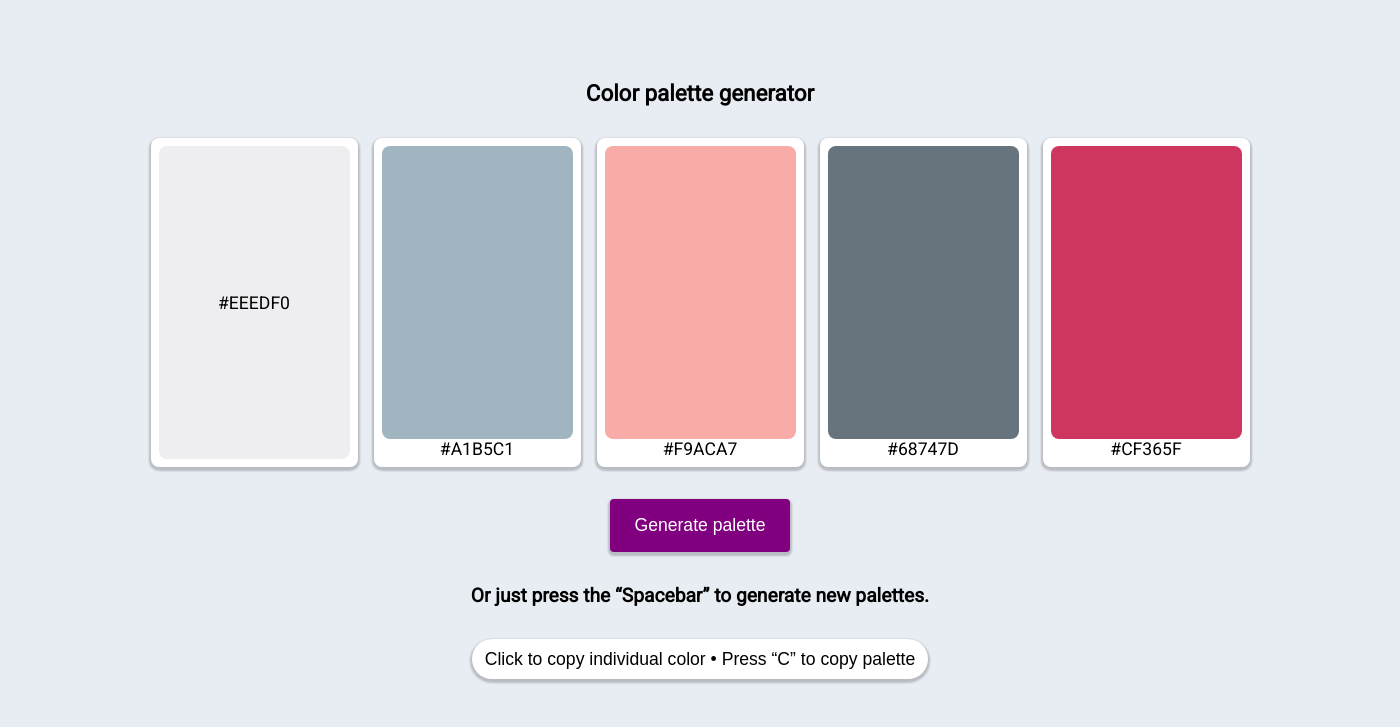
Repository: Hcmwebs/Color-Palette-Generator
Page: index.html
These files come from the project's save history. The page is drawn as it stood at one moment and after the next save; the edit follows.
The browser window is 1280 px wide. The page is 1400 px wide, so the pictures cover 1400 px, including what lies to the right of the window. The pictures show the whole page.

Above is the page before, as saved 2020-10-22 12:58:53.

After the next save:
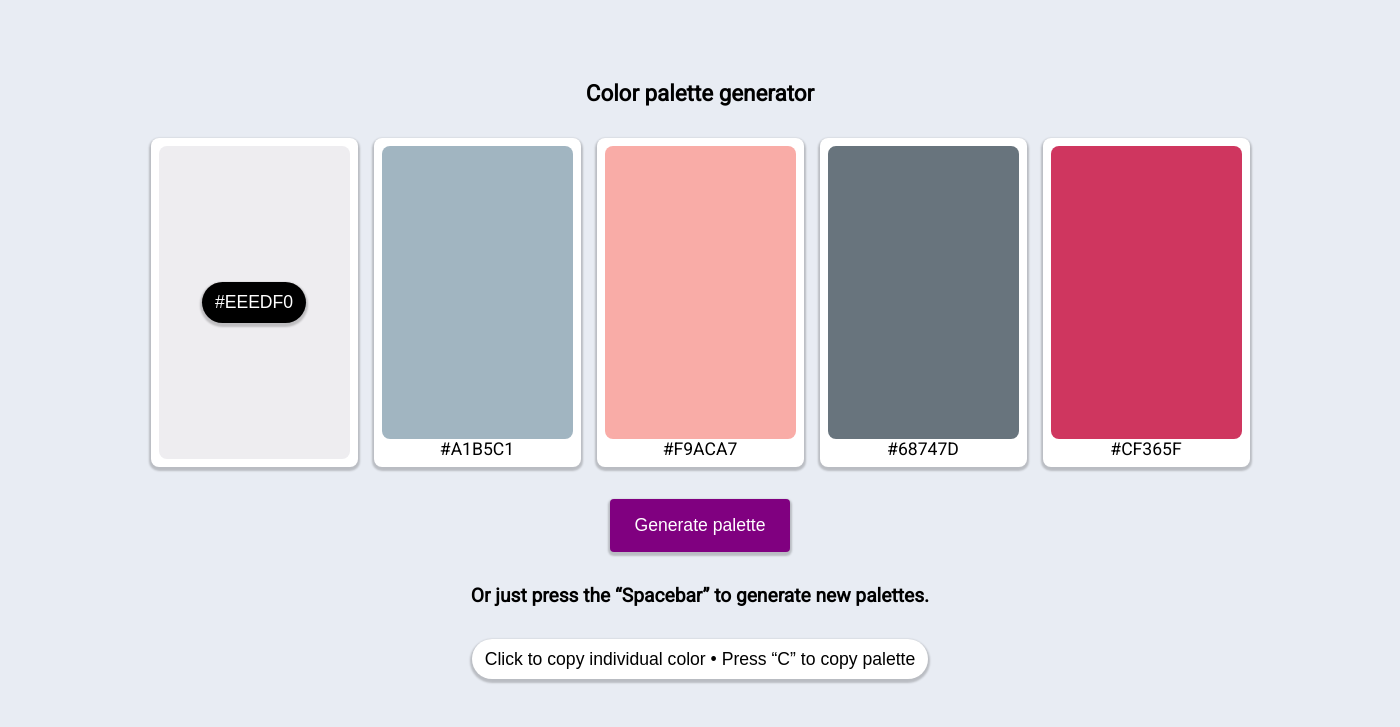
Saved 59 s later.
--- a/index.html
+++ b/index.html
@@ -14,7 +14,7 @@
         <div class="card">
             <div class="card__item">
                 <div class="card__color card__color--lightPurpleish">
-                    <div class="card__tag">#EEEDF0</div>
+                    <button class="btn">#EEEDF0</button>
                 </div>
 
             </div>

After the save that followed:
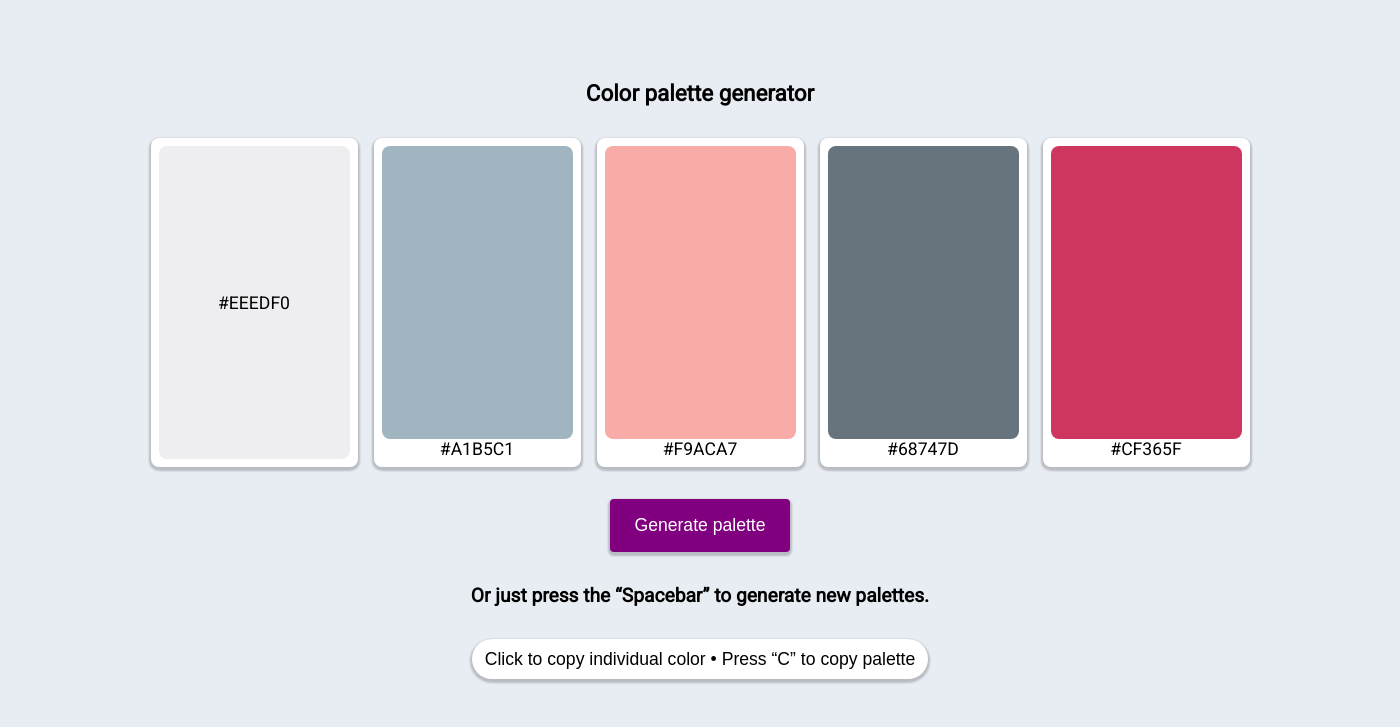
Saved 55 s later.
--- a/index.html
+++ b/index.html
@@ -9,12 +9,12 @@
 <body>
     <div class="container">
 
-        <!-- <button class="btn">Color #F9ACA7 copied to your clipboard</button>-->
+        <!-- <button class="btn">Color #F9ACA7 copied to your clipboard</button> -->
         <h2>Color palette generator</h2>
         <div class="card">
             <div class="card__item">
                 <div class="card__color card__color--lightPurpleish">
-                    <button class="btn">#EEEDF0</button>
+                    <div class="card__tag">#EEEDF0</div>
                 </div>
 
             </div>
